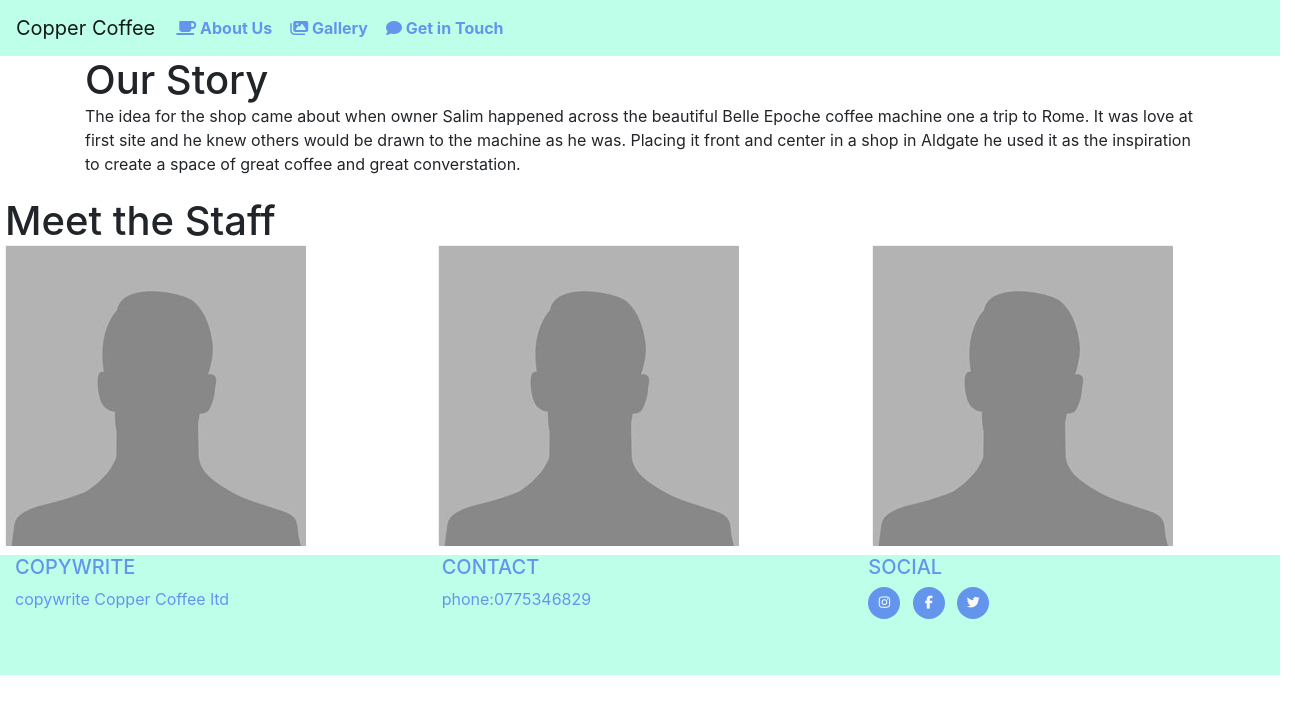
Repository: Matt-F90/milestone
Page: about.html
The author's editor kept a record of every edit. The page is drawn from the files as they stood at one moment, then again after the next edit.
The browser window is 1280 px wide. The page is 1290 px wide, then 1295 px, so the pictures cover 1295 px, including what lies to the right of the window. The pictures show the whole page.
Some web libraries are served in a nearby version.

Above is the page before.
Console error: TypeError: Cannot read properties of undefined (reading 'fn')

### about.html
<!DOCTYPE html>
<html lang="en">

<head>
    <meta charset="UTF-8">
    <meta name="viewport" content="width=device-width, initial-scale=1.0">
    <meta http-equiv="X-UA-Compatible" content="ie=edge">
    <title>Copper Coffee London</title>

    <link rel="stylesheet" href="https://stackpath.bootstrapcdn.com/bootstrap/4.1.3/css/bootstrap.min.css" integrity="sha384-MCw98/SFnGE8fJT3GXwEOngsV7Zt27NXFoaoApmYm81iuXoPkFOJwJ8ERdknLPMO" crossorigin="anonymous">
    <script src="https://stackpath.bootstrapcdn.com/bootstrap/4.1.3/js/bootstrap.min.js" integrity="sha384-ChfqqxuZUCnJSK3+MXmPNIyE6ZbWh2IMqE241rYiqJxyMiZ6OW/JmZQ5stwEULTy" crossorigin="anonymous"></script>
    <script src="https://kit.fontawesome.com/f919e2be21.js" crossorigin="anonymous"></script>
    <link href="https://fonts.googleapis.com/css?family=Noto+Sans:400,700&display=swap" rel="stylesheet">
    <link rel="stylesheet" href="css/style.css" type="text/css" />
</head>

<body>

    <!------------------------------------------------------------------------------------nav--->
    <div class="navbar-container">

        <nav class="navbar navbar-light navbar-expand-sm">
            <a href="index.html" class="navbar-brand">Copper Coffee</a>


            <button class="navbar-toggler ml-auto" type="button" data-toggle="collapse" data-target="#navbarNavDropdown" aria-controls="navbarNavDropdown" aria-expanded="false" aria-lable="toggle navigation">
           <span class="navbar-toggler-icon"></span></button>

            <div class="collapse navbar-collapse" id=navbarNavDropdown>
                <ul class="navbar-nav mr-auto">
                    <li class="nav-item mr-2"><a class "nav-link" href="about.html"><i class="fas fa-coffee"></i> About Us</a></li>
                    <li class="nav-item mr-2"><a class "nav-link" href="gallery.html"><i class="fas fa-images"></i> Gallery</a></li>
                    <li class="nav-item mr-2"><a class "nav-link" href="contact.html"><i class="fas fa-comment"></i> Get in Touch</a></li>
                </ul>
            </div>
        </nav>
    </div>

    <!---------------------------------------------------------------------------------------------div--->
    <div class="container background-container">
        <div class="row">
            <div class="col-12">
                <h1>Our Story</h1>
                <p>The idea for the shop came about when owner Salim happened across the beautiful Belle Epoche coffee machine one a trip to Rome. It was love at first site and he knew others would be drawn to the machine as he was. Placing it front and
                    center in a shop in Aldgate he used it as the inspiration to create a space of great coffee and great converstation. </p>
            </div>
        </div>
    </div>
    <div class="staff-container">
        <section>
            <div class="row">
                <div class="col-12">
                    <h1>Meet the Staff</h1>
                </div>
            </div>
            <div class="row">
                <div class="col-12 col-md-4">
                    <div class="flip-card">
                        <div class="flip-card-inner">
                            <div class="flip-card-front">
                                <img src="./assets/images/profile-pic-placeholder.jpg" alt="Avatar" style="width:300px;height:300px;">
                            </div>
                            <div class="flip-card-back">
                                <h1>Salim</h1>
                                <p>Owner</p>
                                <p>Always up for a chat, strives to make the place feel like home!</p>
                            </div>
                        </div>
                    </div>
                </div>
                <div class="col-12 col-md-4">
                    <div class="flip-card">
                        <div class="flip-card-inner">
                            <div class="flip-card-front">
                                <img src="./assets/images/profile-pic-placeholder.jpg" alt="Avatar" style="width:300px;height:300px; ">
                            </div>
                            <div class="flip-card-back">
                                <h1>Hanzala</h1>
                                <p>Manager</p>
                                <p>The man in the morning and our resident latte artist!</p>
                            </div>
                        </div>
                    </div>
                </div>
                <div class="col-12 col-md-4">
                    <div class="flip-card">
                        <div class="flip-card-inner">
                            <div class="flip-card-front">
                                <img src="./assets/images/profile-pic-placeholder.jpg" alt="Avatar" style="width:300px;height:300px;">
                            </div>
                            <div class="flip-card-back">
                                <h1>Maymoona</h1>
                                <p>Barista & Social Media</p>
                                <p>Keeping the buzz going online!</p>
                            </div>
                        </div>
                    </div>
                </div>
            </div>
        </section>
    </div>


    <!----------------------------------------------------------------footer------------>

    <footer class="container-fluid ">
        <div id="footer-details " class="row ">
            <div class="col-sm-4 ">
                <h5 class="gernal-sub uppercase ">copywrite</h5>
                <p class="inline-block ">
                    copywrite Copper Coffee ltd
                </p>
            </div>
            <div class="col-sm-4 ">
                <h5 class="gernal-sub uppercase ">contact</h5>
                <p class="inline-block ">
                    phone:0775346829
                </p>
            </div>
            <div class="col-sm-4 ">
                <h5 class="gernal-sub uppercase ">social</h5>
                <ul class="list-inline social-links ">
                    <li class="list-inline-item ">
                        <a target="_blank " href="# ">
                        <i class="fab fa-instagram " aria-hidden="true "></i></a>
                        <span class="sr-only ">instagram</span>
                    </li>
                    <li class="list-inline-item ">
                        <a target="_blank " href="# ">
                        <i class="fab fa-facebook-f " aria-hidden="true "></i></a>
                        <span class="sr-only ">facebook</span>
                    </li>
                    <li class="list-inline-item ">
                        <a target="_blank " href="# ">
                        <i class="fab fa-twitter " aria-hidden="true "></i></a>
                        <span class="sr-only ">twitter</span>
                    </li>
                </ul>
            </div>
        </div>

    </footer>

    <script src="https://code.jquery.com/jquery-3.3.1.slim.min.js " integrity="sha384-q8i/X+965DzO0rT7abK41JStQIAqVgRVzpbzo5smXKp4YfRvH+8abtTE1Pi6jizo " crossorigin="anonymous "></script>
    <script src="https://cdnjs.cloudflare.com/ajax/libs/popper.js/1.14.3/umd/popper.min.js " integrity="sha384-ZMP7rVo3mIykV+2+9J3UJ46jBk0WLaUAdn689aCwoqbBJiSnjAK/l8WvCWPIPm49 " crossorigin="anonymous "></script>
    <script src="https://stackpath.bootstrapcdn.com/bootstrap/4.1.3/js/bootstrap.min.js " integrity="sha384-ChfqqxuZUCnJSK3+MXmPNIyE6ZbWh2IMqE241rYiqJxyMiZ6OW/JmZQ5stwEULTy " crossorigin="anonymous "></script>
</body>

</html>

### css/style.css
/*----navbar....*/

.navbar-contaner {
    position: absolute;
    top: 0;
    left: 0;
    padding-left: 0;
    padding-right: 0;
}

.navbar {
    margin-bottom: 0;
    border: 0;
    width: 100%;
    background-color: rgba(127, 255, 212, 0.5);
}

.navbar .navbar-toggler {
    border: 0;
}

.navbar .navbar-nav a {
    font-weight: 700;
    color: #6495ED;
    padding: 5px;
}

.navbar .navbar-nav a:hover {
    color: rgb(0, 0, 255);
    transition: 1s
}

/*----index....*/

.imgheight {
   height: 540px;
   width: 540px;
}

/*----special padding, margins text....*/

h1,
h2,
h3,
h4 {
    margin: 0;
}

.uppercase {
    text-transform: uppercase;
}

.general-sub {
    font-family: 'Noto Sans', sans-serif;
    font-weight: 300;
    color: black;
    padding: 10px;
    text-align: center;
}

.inline-block {
    display: inline-block;
}

.backgound-container {
    background: url("../assets/images/backgroundimg.jpg");
    height:100%;
    width: 100%;
    margin: 0;
    background-size: cover;
   -webkit-background-size: cover;
    -moz-background-size: cover;
    -o-background-size: cover;
}

/*----About....*/

.staff-container {
  padding: 5px;
  padding-bottom: 10px;
}

.flip-card {
  background-color: transparent;
  width: 300px;
  height: 300px;
  border: 1px solid #f1f1f1;
  perspective: 1000px;
}

  .flip-card-inner {
  position: relative;
  width: 100%;
  height: 100%;
  text-align: center;
  transition: transform 0.8s;
  transform-style: preserve-3d;
  }

  .flip-card:hover .flip-card-inner {
  transform: rotateY(180deg);
  }

  .flip-card-front, .flip-card-back {
  position: absolute;
  width: 100%;
  height: 100%;
  backface-visibility: hidden;
  }

  .flip-card-front {
  background-color: #bbb;
  color: black;
}

.flip-card-back {
  background-color: dodgerblue;
  color: white;
  transform: rotateY(180deg);
}

/*----footer....*/

footer {
    background-color: rgba(127, 255, 212, 0.5);
    color: #6495ED;
    min-height: 120px;
    margin: 0;
    width: 100%
}

.social-links {
    padding-bottom: 15px;
}

.social-links li a i {
    width: 32px;
    height: 32px;
    padding: 12px 0;
    border-radius: 50%;
    font-size: 13px;
    line-height: 7px;
    text-align: center;
    color: #fafafa;
    background-color: #6495ED;
    -moz-transition: all 0.35s ease-in-out;
    -webkit-transition: all 0.35s ease-in-out;
    -o-transition: all 0.35s ease-in-out;
}

.social-links li a i:hover {
    width: 32px;
    height: 32px;
    padding: 12px 0;
    border-radius: 50%;
    font-size: 13px;
    line-height: 7px;
    text-align: center;
    color: #fafafa;
    background-color: rgb(0, 0, 255);
    -moz-transition: all 0.35s ease-in-out;
    -webkit-transition: all 0.35s ease-in-out;
    -o-transition: all 0.35s ease-in-out;
}

#footer-details {
    padding: 20px;
}

/*----contact/form....*/


.center-form {
    padding-top: 10px;
    margin: 0 auto;
    max-width: 70%;
}

button[type="submit"] {
    margin-top: 15px;
    margin-bottom: 20px;
    color: #fafafa;
}

iframe {
    width: 100% !important;
    padding-bottom: 10px;
}

.opening-times {
    text-align: center
}

After the next edit:
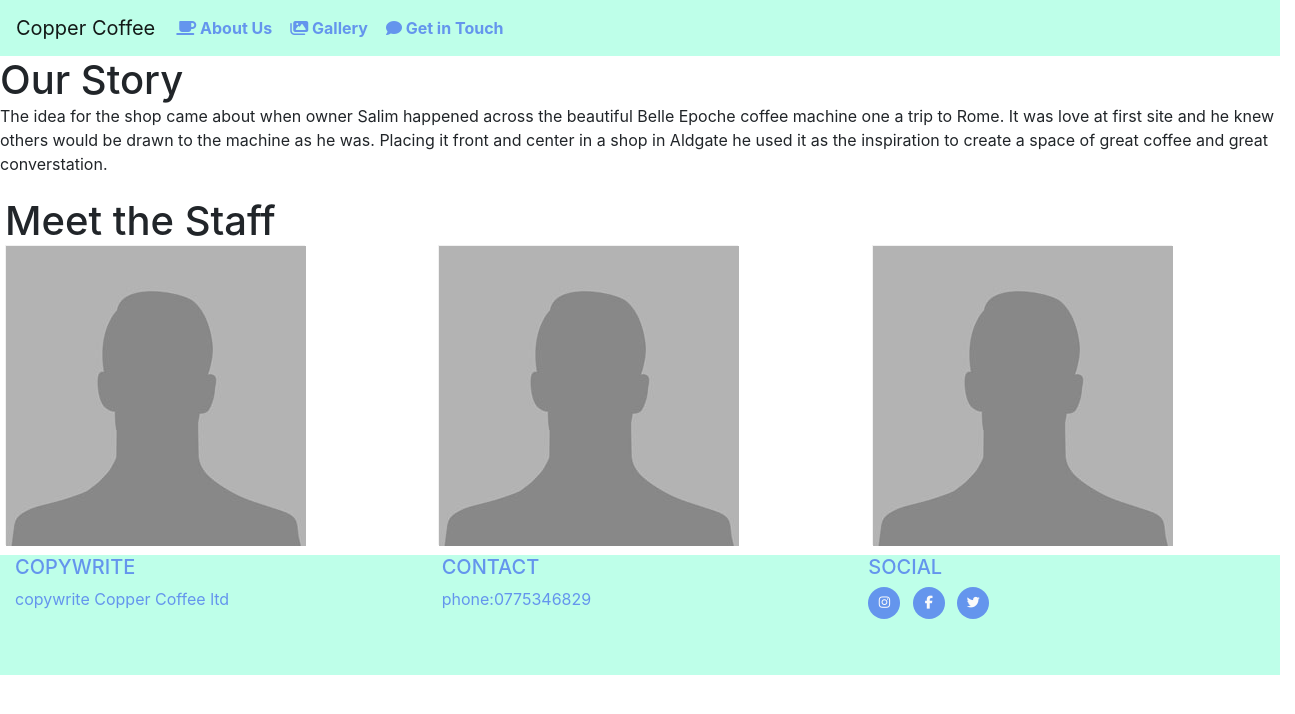
The edit:
--- a/about.html
+++ b/about.html
@@ -37,7 +37,7 @@
     </div>
 
     <!---------------------------------------------------------------------------------------------div--->
-    <div class="container background-container">
+    <div class="background-container">
         <div class="row">
             <div class="col-12">
                 <h1>Our Story</h1>
